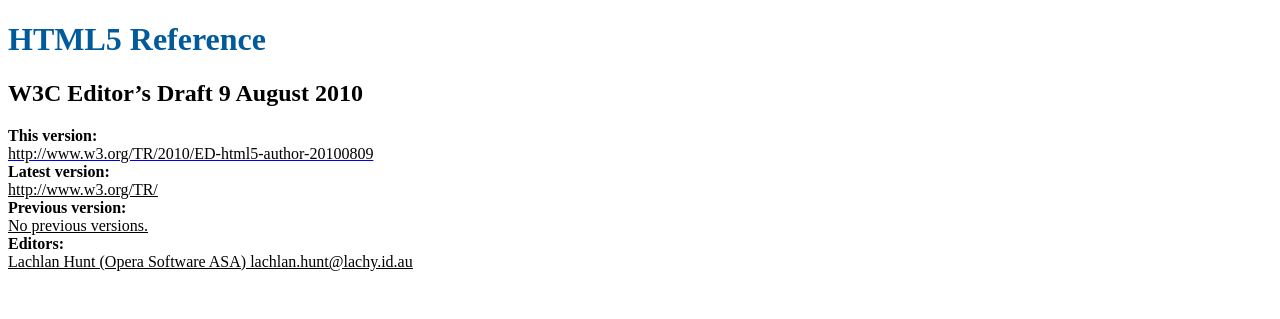
Repository: Hwang-97/HhwDesktop
Page: client/ClientTest/src/main/webapp/html/question/list/q1.html
An editor plug-in stored every save of this project. The page is shown before and after the next save, followed by the edit.
The browser window is 1280 px wide. The pictures show the whole page.

Above is the page before, as saved 2021-12-09 10:48:40.

After the next save:
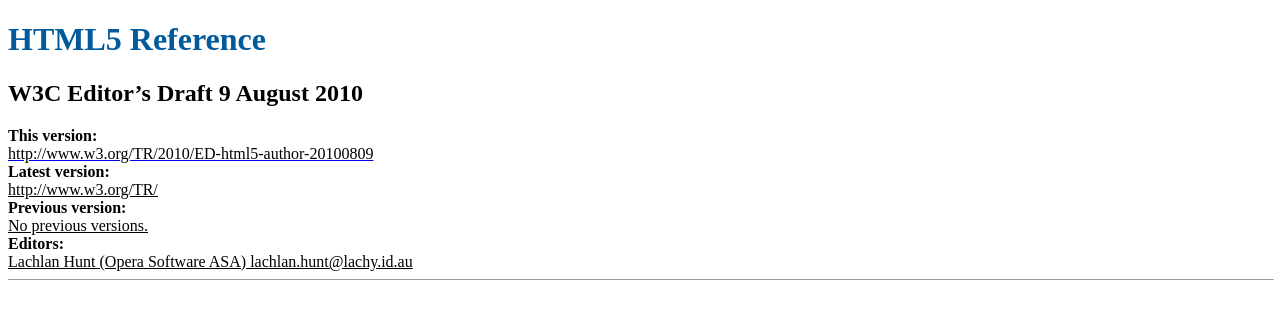
Saved 45 s later.
--- a/client/ClientTest/src/main/webapp/html/question/list/q1.html
+++ b/client/ClientTest/src/main/webapp/html/question/list/q1.html
@@ -28,6 +28,7 @@
 <font color ="000000"><u>Lachlan Hunt (Opera Software ASA) lachlan.hunt@lachy.id.au</u></font>
 </a><br>
 
+<hr size ="1" width="100%">
 
 </body>
 </html>
